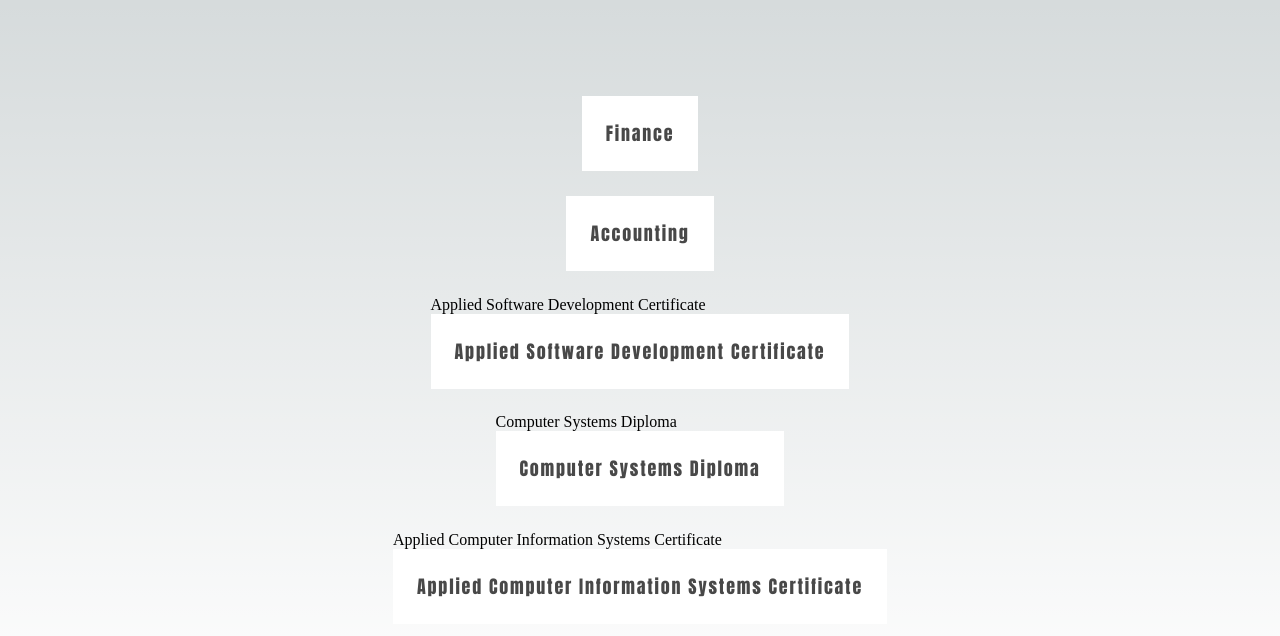
Repository: giovanabirck/class03-vercel-test
Page: /
An editor plug-in stored every save of this project. The page is shown before and after the next save, followed by the edit.
The browser window is 1280 px wide. The pictures show the whole page.
The project was rebuilt for these pictures with package versions that can differ from the ones it lists, and the page was loaded fresh each time. The framework's server and built-in components were replaced by stand-ins that run in the browser. Also part of the build but not shown: next.config.js.

Above is the page before, as saved 2023-01-24 21:14:32.

### pages/index.js
import Head from 'next/head'
import Image from 'next/image'
import { Inter } from '@next/font/google'
import styles from '../styles/Home.module.css'
import data from '../data/education.json'
import { useState } from 'react'
import Card from '../components/Card'
import Link from 'next/link'
import Menu from '../components/Menu'

const inter = Inter({ subsets: ['latin'] })

export default function Home() {

  console.log(data);
  const [information, setInformation] = useState([...data]);


  return (
    <>
      <Head>
        <title>Programs</title>
        <meta name="description" content="Generated by create next app" />
        <meta name="viewport" content="width=device-width, initial-scale=1" />
        <link rel="icon" href="/favicon.ico" />
        <Menu/>
      </Head>
      <main className={styles.main}>

        {
          information && information.map((info, index) => {
            if(info.department === "Business") {
              return(
                <div key={index}>

                  <Card key={index} degree={info.degree} color="red" font="10px"/>
                </div>
              )
            }
          })
        }

        {
          information && information.map((info, index) => {
            if(info.department === "Computing") {
              return(
                <div key={index}>
                  {info.degree}
                  <Card key={index} degree={info.degree} color="blue" font="50px"/>
                </div>
              )
            }
          })
        }
      </main>

    </>
  )
}

### data/education.json
[
    {
        "studentNumber": "A0004567",
        "firstName": "Person 1",
        "gpa": 3.8,
        "department": "Business",
        "degree": "Finance",
        "graduted": 2014
    },
    {
        "studentNumber": "A0001234",
        "firstName": "Person 2",
        "gpa": 3.5,
        "department": "Business",
        "degree": "Accounting",
        "graduted": 2010
    },
    {
        "studentNumber": "A0007890",
        "firstName": "Person 3",
        "gpa": 3.2,
        "department": "Computing",
        "degree": "Applied Software Development Certificate",
        "graduted": 2018
    },
    {
        "studentNumber": "A0007828",
        "firstName": "Person 4",
        "gpa": 3.9,
        "department": "Computing",
        "degree": "Computer Systems Diploma",
        "graduted": 2021
    },
    {
        "studentNumber": "A0003425",
        "firstName": "Person 5",
        "gpa": 3.2,
        "department": "Computing",
        "degree": "Applied Computer Information Systems Certificate",
        "graduted": 2021
    }
]

### components/Card/index.js

export default function Card({
    degree      =   "none",
    department  =   "none"
}) {

    return(
        <div style={{
            backgroundColor: "white",
            padding: "24px",
            fontFamily: "Impact",
            color: "#484848",
            fontSize: "18px",
            letterSpacing: "0.1em",
            display: "flex",
        }}>
            {degree}


        </div>
    )
}

### components/Menu/index.js

export default function Menu() {
    return(
        <>
        <div style={{
            display: "flex",
        }}>
            <div className="lateral-menu" style={{
                backgroundColor: 'white',
                width: "20%",
                innerHeight: "500px",
                padding: "40px 40px 350px 24px",
                fontFamily: "Arial",
                fontWeight: "bold",
                color: "#A8A8A8",
                }}>

                <h1 style={{
                    fontFamily: "Impact",
                    fontSize: "40px",
                    color: "#5F7AF2",
                    padding: "16px 16px 56px 16px",
                }}>Future
                    <br></br>
                    University
                </h1>

                <br></br>

                <a className="a-employees" href="about" style={{padding:"16px"}}>Employees</a>

                <br></br>

                <p className="p-programs" style={{padding:"48px 16px 16px 16px", color: "#5F7AF2"}}>Programs</p>

                <br></br>

                <p style={{padding:"16px"}}>Lorem ipsum</p>

                <br></br>

                <p style={{padding:"16px"}}>Lorem ipsum</p>

                <br></br>

                <p style={{padding:"16px"}}>Lorem ipsum</p>
            </div>
            <div>
                <div className="top-menu" style={{
                    backgroundColor: "white",
                    width: "200%",
                    display: "flex",
                    height: "96px",
                    alignItems: "center",
                    justifyContent: "space-between",
                }}>
                    <input placeholder="search" style={{
                        fontFamily: "Arial",
                        fontSize: "14px",
                        color: "#5F7AF2",
                        padding: "16px",
                        border: "solid 2px #5F7AF2",
                        borderRadius: "8px",
                        width: "400px",
                        margin: "24px"
                    }}>
                    </input>
                    <h2 style={{
                        fontFamily: "Arial",
                        fontWeight: "bold",
                        fontSize: "16px",
                        color: "#5F7AF2",
                        padding: "16px 40px 16px 16px"
                        }}>Profile Name</h2>
                </div>
                <div id="main-div" style={{
                    backgroundColor: "#EAEBF1",
                    width: "200%",
                    height: "89%"
                }}>
                </div>
            </div>
        </div>
        </>
    )
}

Loaded but not shown: pages/_app.js (common file); pages/_document.js (common file); styles/globals.css (common file); styles/Home.module.css (common file)

After the next save:
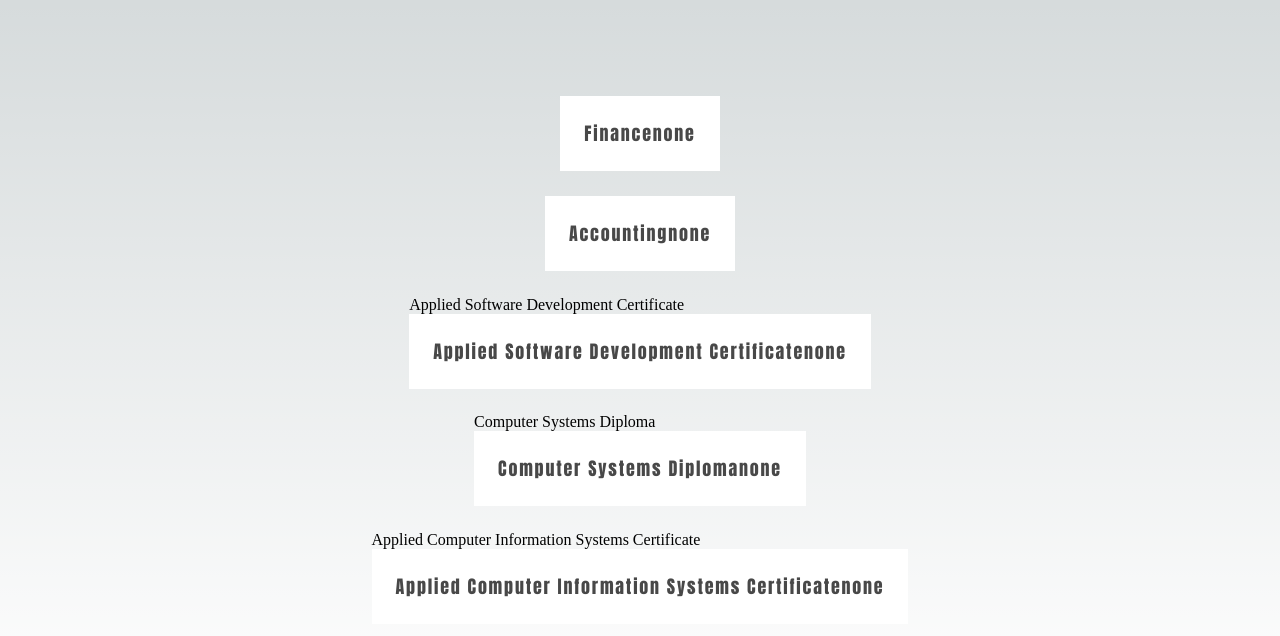
Saved 4 s later.
--- a/components/Card/index.js
+++ b/components/Card/index.js
@@ -15,7 +15,7 @@ export default function Card({
             display: "flex",
         }}>
             {degree}
-
+            {department}
 
         </div>
     )
